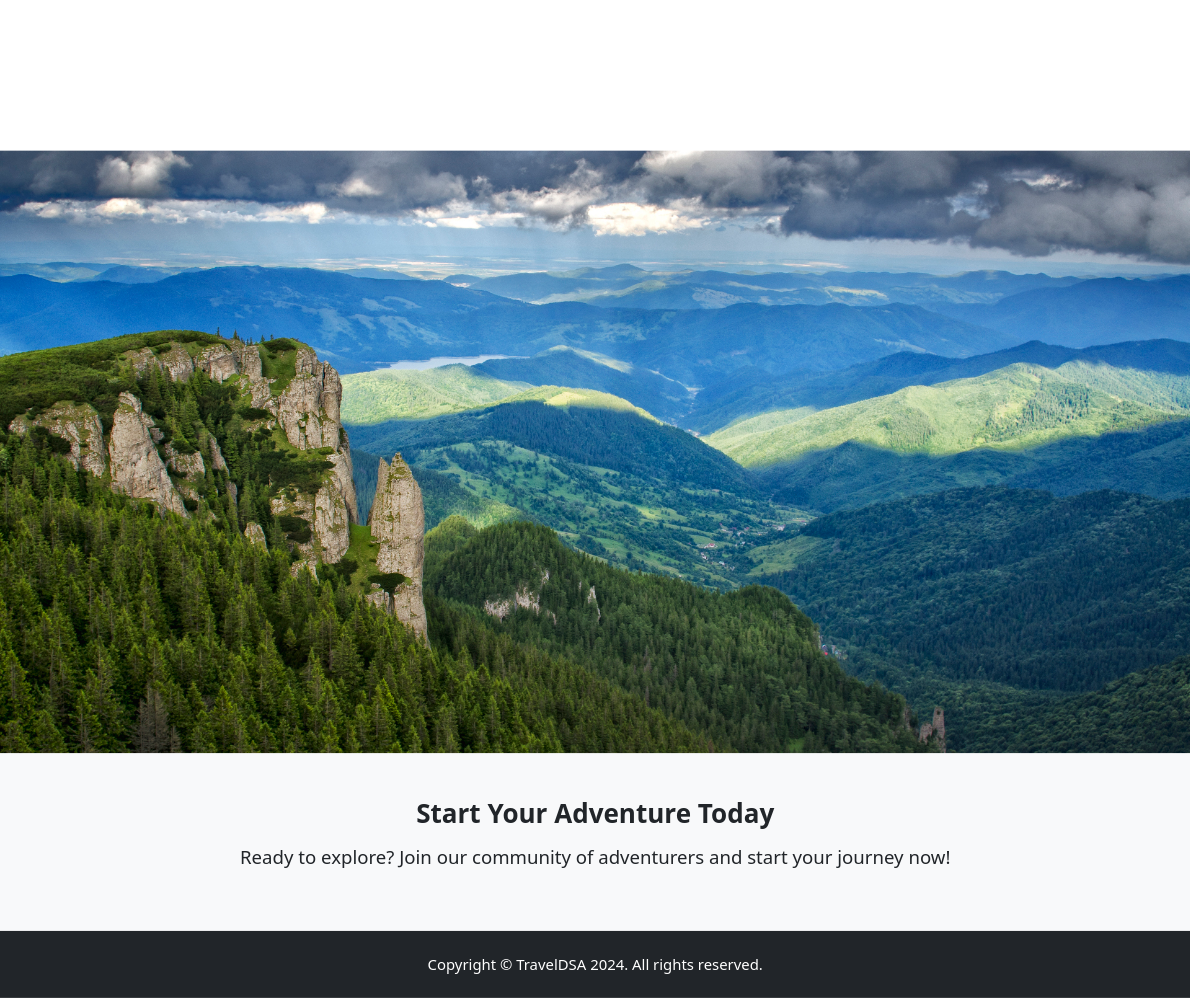
Repository: bettowww/TravelDSA
Page: /home
These files come from the project's save history. The page is drawn as it stood at one moment and after the next save; the edit follows.
The browser window is 1280 px wide. The pictures show the whole page, at 93% of full size.
The project was rebuilt for these pictures with package versions that can differ from the ones it lists, and the page was loaded fresh each time. The framework's server and built-in components were replaced by stand-ins that run in the browser. Also part of the build but not shown: next.config.mjs.

Above is the page before, as saved 2024-12-10 14:02:34.

### app/home/page.jsx
"use client";

// import React, { useState } from "react";
// import { useRouter } from "next/navigation";

import "../../styles/home.css"; // Importă stilurile CSS
import "bootstrap/dist/css/bootstrap.min.css"; // Import Bootstrap CSS

const HomePage = () => {
  // const router = useRouter(); // Pentru navigare

  return (
    <div>
      {/* Header Section */}
      <header>
        <div className="text-center my-5">
          <h1 className="text-white fs-3 fw-bolder">
            Welcome to TravelDSA
          </h1>
          <p className="text-white-50 mb-0">
            Your trusted travel companion for exploring the world.
          </p>
        </div>
      </header>

      {/*Picture section */}
      <section
        style={{
          backgroundImage: `url("/pictures/homepage.jpg")`,
          backgroundSize: "cover",
          backgroundPosition: "center",
          backgroundRepeat: "no-repeat",
          padding: "80px 20px", // Increase padding for larger content area
          minHeight: "90vh", // Ensure the section spans at least the full height of the viewport
        }}
      >
      </section>


      {/* Call to Action Section */}
      <section className="py-5 bg-light">
        <div className="container text-center">
          <h3 className="fw-bold mb-3">Start Your Adventure Today</h3>
          <p className="lead">
            Ready to explore? Join our community of adventurers and start your
            journey now!
          </p>
        </div>
      </section>

      {/* Footer */}
      <footer className="py-4 bg-dark">
        <div className="container">
          <p className="m-0 text-center text-white">
            Copyright &copy; TravelDSA 2024. All rights reserved.
          </p>
        </div>
      </footer>
    </div>
  );
};

export default HomePage;

Loaded but not shown: styles/home.css (library)

After the next save:
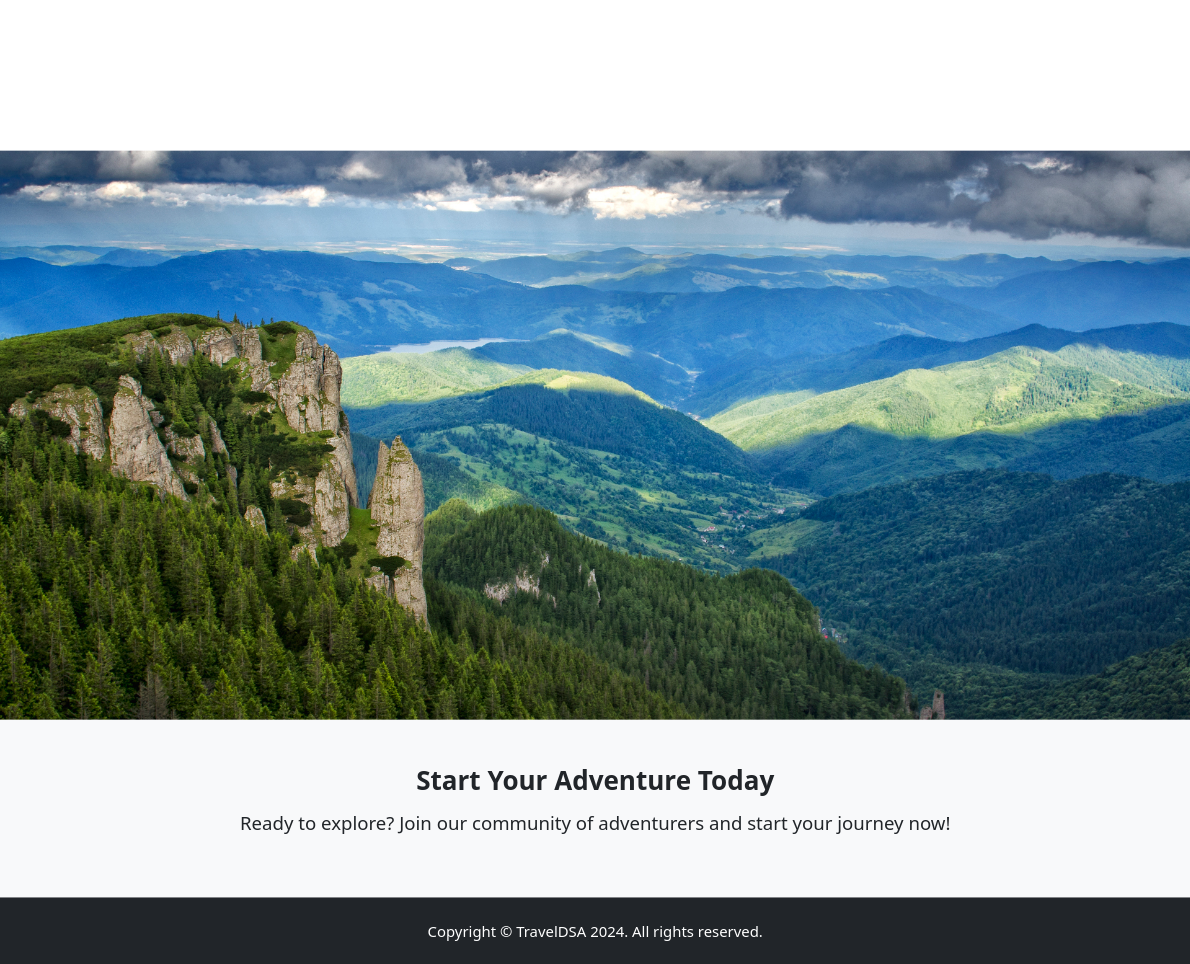
Saved 8 s later.
--- a/app/home/page.jsx
+++ b/app/home/page.jsx
@@ -31,7 +31,7 @@ const HomePage = () => {
           backgroundPosition: "center",
           backgroundRepeat: "no-repeat",
           padding: "80px 20px", // Increase padding for larger content area
-          minHeight: "90vh", // Ensure the section spans at least the full height of the viewport
+          minHeight: "85vh", // Ensure the section spans at least the full height of the viewport
         }}
       >
       </section>
